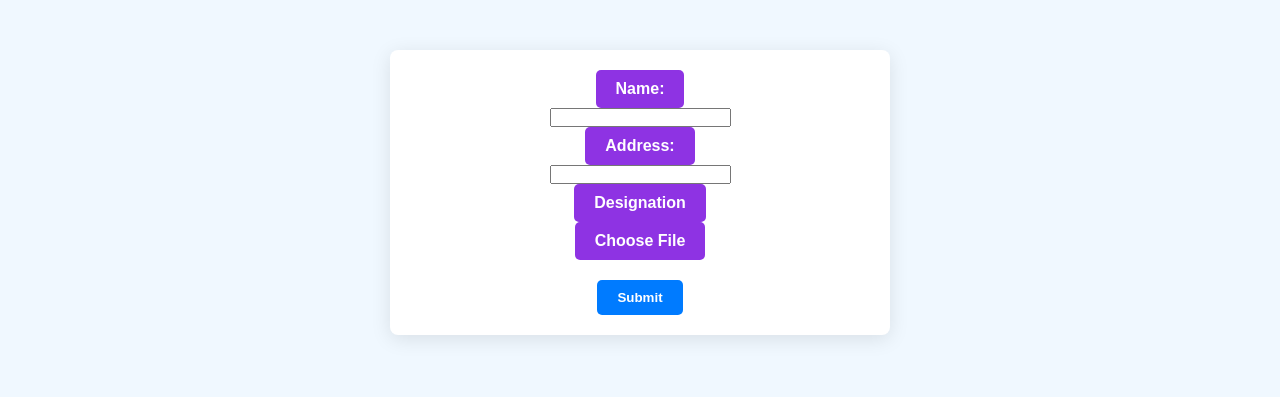
Repository: Muskan1Kumari4draw/React-app-with-concept
Page: /
An editor plug-in stored every save of this project. The page is shown before and after the next save, followed by the edit.
The browser window is 1280 px wide. The pictures show the whole page.
The project was rebuilt for these pictures with package versions that can differ from the ones it lists, and the page was loaded fresh each time.

Above is the page before, as saved 2024-10-22 11:45:00.

After the next save:
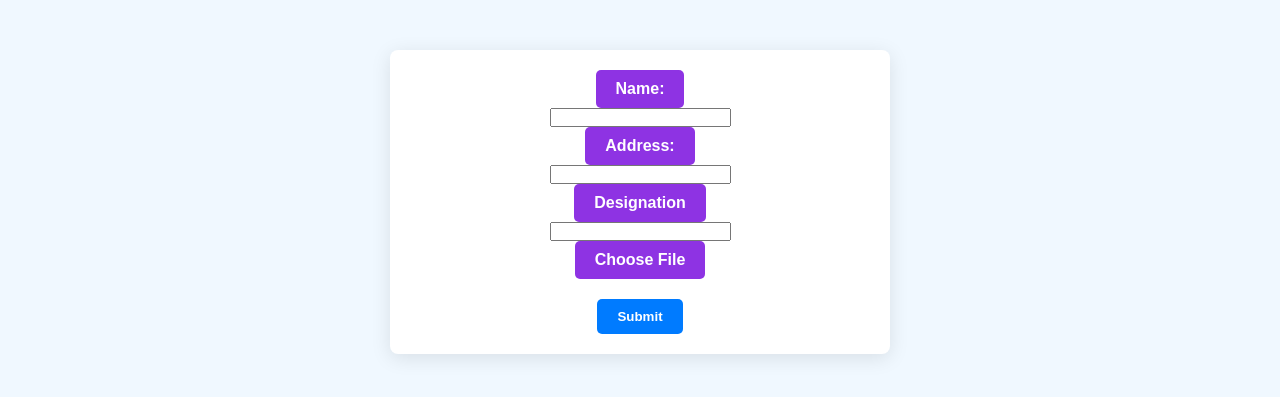
Saved 44 s later.
--- a/src/component/File-upload/FileUpload.js
+++ b/src/component/File-upload/FileUpload.js
@@ -7,11 +7,26 @@ const FileUpload = () => {
       <div className="container">
         <form className="form-control">
           <label className="label">Name:</label>
-          <input className="form-control input" type="text" id="" name="" />
+          <input
+            className="form-control input"
+            type="text"
+            id="name"
+            name="name"
+          />
           <label className="label">Address:</label>
-          <input className="form-control input" type="text" id="" name="" />
+          <input
+            className="form-control input"
+            type="text"
+            id="address"
+            name="address"
+          />
           <label className="label">Designation</label>
-          <input className="form-control input" type="file" id="" name="" />
+          <input
+            className="form-control input"
+            type="text"
+            id="designation"
+            name="designation"
+          />
           <label className="label" htmlFor="file">
             Choose File
           </label>
